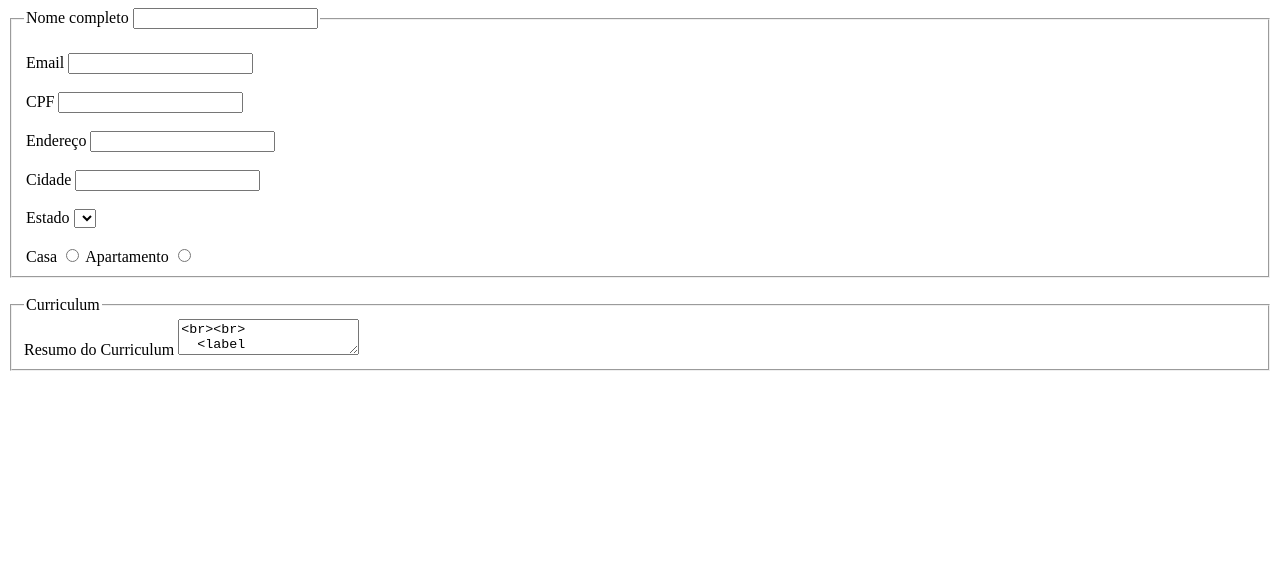
Repository: Parker9309/-trybe-exercises
Page: exercises/exercises-bloco6/html-e-css-forms-flexbox-e-responsivo_1/index.html
The author's editor kept a copy of each file at every save. The page is drawn from the files as they stood at one save, then again after a run of saves.
The browser window is 1280 px wide. The pictures show the whole page.

Above is the page before, as saved 2021-03-16 20:18:59.

### exercises/exercises-bloco6/html-e-css-forms-flexbox-e-responsivo_1/index.html
<!DOCTYPE html>
<html lang="pt-br">
<head>
  <meta charset="UTF-8">
  <meta http-equiv="X-UA-Compatible" content="IE=edge">
  <meta name="viewport" content="width=device-width, initial-scale=1.0">
  <title>Document</title>
</head>
<body>
  <form>
    <div id="forms">
    <fieldset>
      <legend>
        <label form="nome"> Nome completo
          <input type = "text" name="nome" id="nome" maxlength="40" required>
        </label>
      </legend>

  <br>

    <legend>
      <label form="mail"> Email
        <input type = "text" name="nome" id="mail" maxlength="50" required>
      </label>
    </legend>

  <br>

    <legend>
      <label form="cpf"> CPF
        <input type = "text" name="nome" id="cpf" maxlength="11" required>
      </label>
    </legend>

<br>

  <legend>
    <label form="nome"> Endereço
      <input type = "text" name="nome" id="endereço" maxlength="200" required>
    </label>
  </legend>

<br>

  <legend>
    <label form="nome"> Cidade
      <input type = "text" name="nome" id="city" maxlength="28" required>
    </label>
  </legend>

<br>

  <legend>
    <label form="nome"> Estado
      <select name="nome" id="estados" required>
    </label>
  </legend>

<br>

  <legend>
    <label form="nome"> Estado
      <select name="nome" id="estados" required>
    </label>
  </legend>

<br>

  <legend>
      <label form="nome">Casa</label>
      <input type="radio" name="nome" id="Moradia" required>
      <label form="nome">Apartamento</label>
      <input type="radio" name="nome" id="Moradia" required>
  </legend>
</fieldset>
<br>
<fieldset>
  <legend>Curriculum</legend>
  <label for="fname">Resumo do Curriculum</label>
  <textarea type="text" id="fname" name="fname"><br><br>
  <label for="lname">Last name:</label>
  <input type="text" id="lname" name="lname"><br><br>
  <label for="email">Email:</label>
  <input type="email" id="email" name="email"><br><br>
  <label for="birthday">Birthday:</label>
  <input type="date" id="birthday" name="birthday"><br><br>
  <input type="submit" value="Submit">
</fieldset>
</div>
</form>
<script src = "script.js"></script>
</body>
</html>

### exercises/exercises-bloco6/html-e-css-forms-flexbox-e-responsivo_1/script.js
let opcoes = document.getElementById('estados');
function criarOpcoes() {
  let estadosBr = ['AC', 'AL', 'AP','AM', 'BA','CE', 'DF',
  'ES', 'GO', 'MA', 'MT', 'MS', 'MG', 'PA', 'PB', 'PR','PE', 'PI', 'RJ', 'RN', 'RS', 'RO', 'RR', 'SC', 'SP', 'SE', 'TO'];
  for (let stateIndex = 0; stateIndex < estadosBr.length; stateIndex += 1) {
    let opcao = document.createElement('option');
    opcao.value = estadosBr[stateIndex].toLowerCase();
    opcao.id = 'estados';
    opcao.innerHTML = estadosBr[stateIndex];
    opcoes.appendChild(opcao);
  }
}
criarOpcoes()

After the next 2 saves:
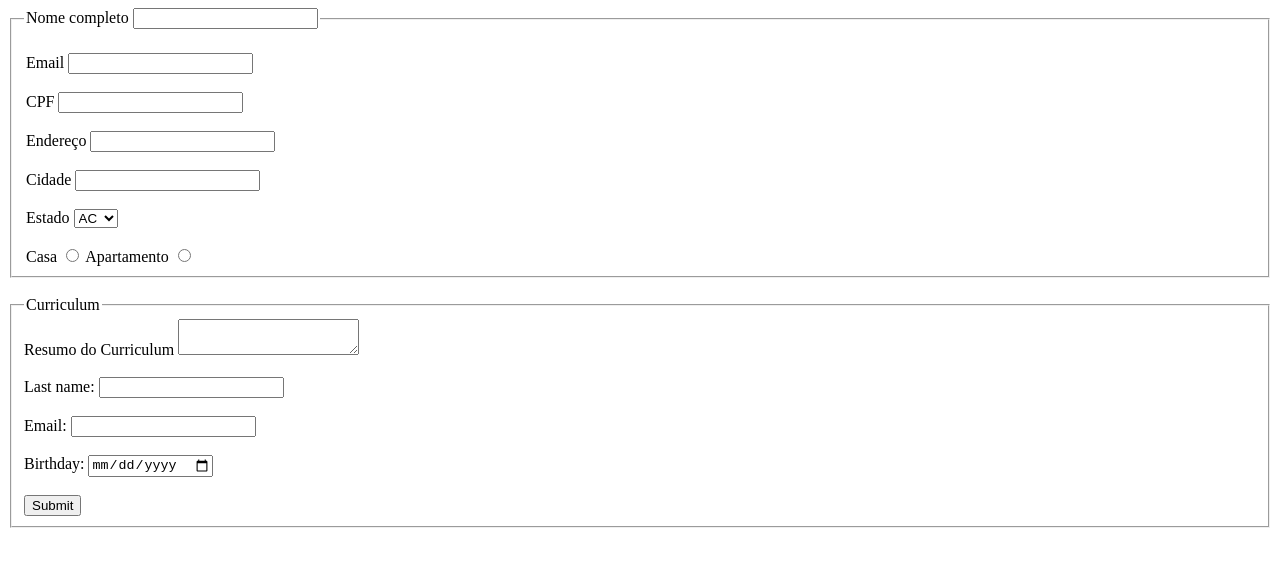
The 2 saves are shown as one change because they came seconds apart.
The last was saved 8 s later.
--- a/exercises/exercises-bloco6/html-e-css-forms-flexbox-e-responsivo_1/index.html
+++ b/exercises/exercises-bloco6/html-e-css-forms-flexbox-e-responsivo_1/index.html
@@ -77,7 +77,7 @@
 <fieldset>
   <legend>Curriculum</legend>
   <label for="fname">Resumo do Curriculum</label>
-  <textarea type="text" id="fname" name="fname"><br><br>
+  <textarea type="text" id="fname" name="fname"></textarea><br><br>
   <label for="lname">Last name:</label>
   <input type="text" id="lname" name="lname"><br><br>
   <label for="email">Email:</label>
